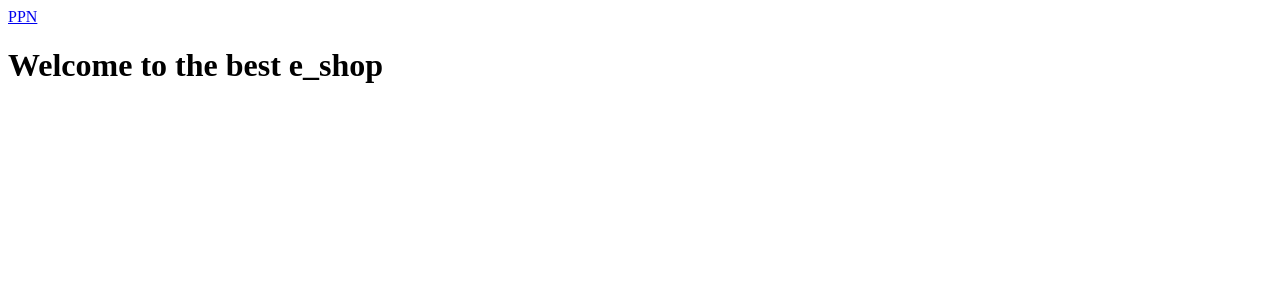
Repository: Anjara-Safidy/e_shop
Page: index.html
An editor plug-in stored every save of this project. The page is shown before and after the next save, followed by the edit.
The browser window is 1280 px wide. The pictures show the whole page.

Above is the page before, as saved 2025-12-15 10:06:36.

### index.html
<!DOCTYPE html>
<html lang="en">
<head>
    <meta charset="UTF-8">
    <meta name="viewport" content="width=device-width, initial-scale=1.0">
    <title>e_shop</title>
</head>
<body>
    <nav>
        <a href="ppn.html">PPN</a>
        <a href="pharmacie.html"></a>
    </nav>
    <h1>Welcome to the best e_shop</h1>
</body>
</html>

After the next save:
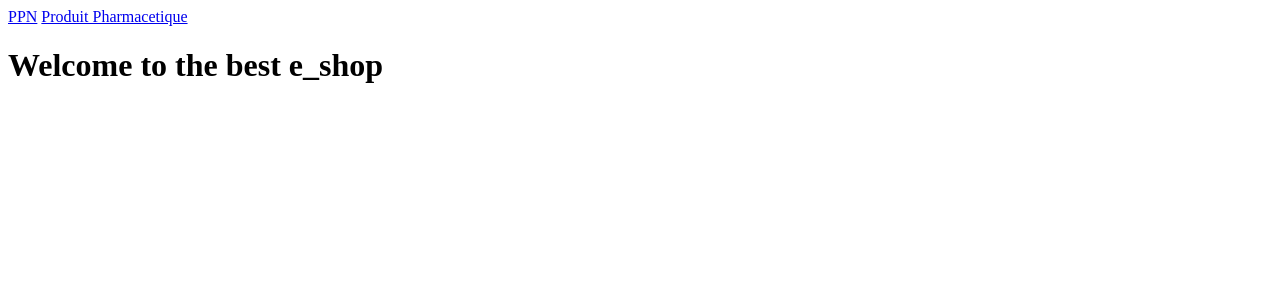
Saved 29 s later.
--- a/index.html
+++ b/index.html
@@ -8,7 +8,7 @@
 <body>
     <nav>
         <a href="ppn.html">PPN</a>
-        <a href="pharmacie.html"></a>
+        <a href="pharmacie.html">Produit Pharmacetique</a>
     </nav>
     <h1>Welcome to the best e_shop</h1>
 </body>
